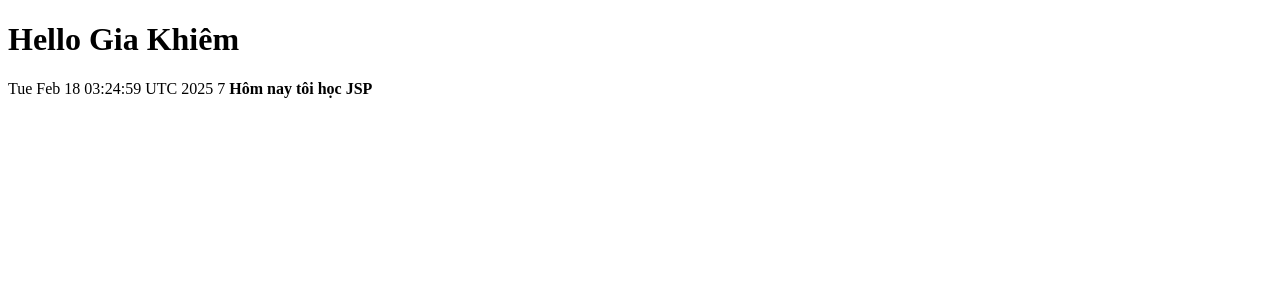
Repository: giakhiem2911/64131000_Web2
Page: http://localhost/HelloJSP/HelloExpression.jsp
The author's editor kept a copy of each file at every save. The page is drawn from the files as they stood at one save, then again after the next save.
The browser window is 1280 px wide. The pictures show the whole page.
The page is served by Tomcat 9.

Above is the page before, as saved 2025-02-21 05:56:35.

### HelloJSP/src/main/webapp/HelloExpression.jsp
<%@ page import="java.util.Date"%>
<%@ page language="java" contentType="text/html; charset=UTF-8"
    pageEncoding="UTF-8"%>
<!DOCTYPE html>
<html>
<head>
<meta charset="UTF-8">
<title>Hello JSP</title>
</head>
<body>
	<h1>Hello Gia Khiêm</h1>
	<%= new Date().toString() %>
	<%= 2+5 %>
	<%= "<b>Hôm nay tôi học JSP</b>" %>
</body>
</html>

After the next save:
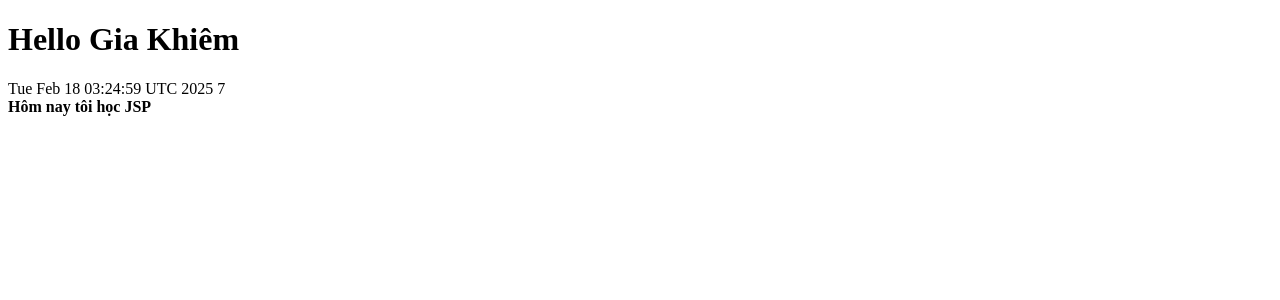
Saved 9 s later.
--- a/HelloJSP/src/main/webapp/HelloExpression.jsp
+++ b/HelloJSP/src/main/webapp/HelloExpression.jsp
@@ -11,6 +11,6 @@
 	<h1>Hello Gia Khiêm</h1>
 	<%= new Date().toString() %>
 	<%= 2+5 %>
-	<%= "<b>Hôm nay tôi học JSP</b>" %>
+	<%= "<br><b>Hôm nay tôi học JSP</b>" %>
 </body>
 </html>
